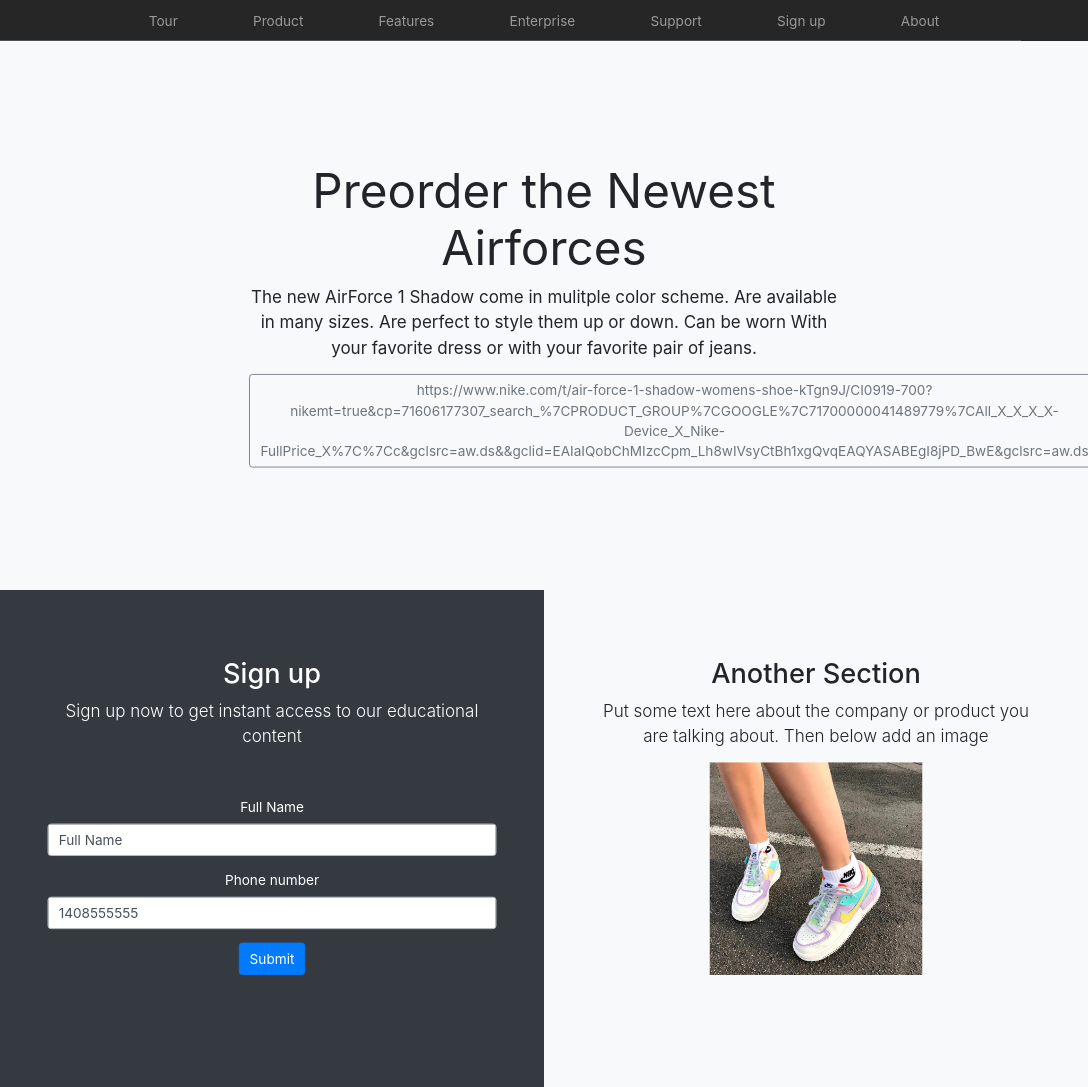
Repository: ksanc097/karlasanchezlagunas-website
Page: LearnCS8-Twilio/index.html
The author's editor kept a record of every edit. The page is drawn from the files as they stood at one moment, then again after the next edit.
The browser window is 1280 px wide. The pictures show the whole page, at 85% of full size.

Above is the page before.

### LearnCS8-Twilio/index.html
<!doctype html>
<html lang="en">
  <head>
    <!-- Required meta tags -->
    <meta charset="utf-8">
    <meta name="viewport" content="width=device-width, initial-scale=1, shrink-to-fit=no">
    <meta name="description" content="This website gets you the ability to get your AirForce for a good price">
    <meta name="Karla Sanchez Lagunas" content="862246744">

    <!-- Bootstrap CSS -->
    <link rel="stylesheet" href="https://stackpath.bootstrapcdn.com/bootstrap/4.5.2/css/bootstrap.min.css" integrity="sha384-JcKb8q3iqJ61gNV9KGb8thSsNjpSL0n8PARn9HuZOnIxN0hoP+VmmDGMN5t9UJ0Z" crossorigin="anonymous">

    <!-- Title of your Website -->
    <title>"AirForce"</title>
    <link href="product.css" rel="stylesheet">
  </head>
  <body>
    <nav class="site-header sticky-top py-1">
    <!-- Top Menu Bar -->
    <div class="container d-flex flex-column flex-md-row justify-content-between">
        <a class="py-2 d-none d-md-inline-block" id="menu-item-1" href="https://www.google.com/">Tour</a>
        <a class="py-2 d-none d-md-inline-block" id="menu-item-2" href="#">Product</a>
        <a class="py-2 d-none d-md-inline-block" id="menu-item-3" href="#">Features</a>
        <a class="py-2 d-none d-md-inline-block" id="menu-item-4" href="#">Enterprise</a>
        <a class="py-2 d-none d-md-inline-block" id="menu-item-5" href="#">Support</a>
        <a class="py-2 d-none d-md-inline-block" id="menu-item-6" href="#">Sign up</a>
        <a class="py-2 d-none d-md-inline-block" id="menu-item-7" href="#">About</a>
    </div>
</nav>
<!-- Main Header Section h1-->
<div class="position-relative overflow-hidden p-3 p-md-5 m-md-0 text-center bg-light">
    <div class="col-md-8 p-lg-5 mx-auto my-5">
        <h1 class="display-4 font-weight-normal">Preorder the Newest Airforces</h1>
        <p class="lead font-weight-normal">The new AirForce 1 Shadow come in mulitple color scheme. Are available in many sizes. Are perfect to style them up or down. Can be worn With your favorite dress or with your favorite pair of jeans.  </p>
        <a class="btn btn-outline-secondary" href="#">https://www.nike.com/t/air-force-1-shadow-womens-shoe-kTgn9J/CI0919-700?nikemt=true&cp=71606177307_search_%7CPRODUCT_GROUP%7CGOOGLE%7C71700000041489779%7CAll_X_X_X_X-Device_X_Nike-FullPrice_X%7C%7Cc&gclsrc=aw.ds&&gclid=EAIaIQobChMIzcCpm_Lh8wIVsyCtBh1xgQvqEAQYASABEgI8jPD_BwE&gclsrc=aw.ds</a>
    </div>
</div>
<!-- Left Tile -->
<div class="d-md-flex flex-md-equal w-100">
    <div class="bg-dark pt-3 px-3 pt-md-5 px-md-5 text-center text-white overflow-hidden">
        <div class="my-3 py-3">
            <h2 class="display-5">Sign up</h2>
            <p class="lead">Sign up now to get instant access to our educational content</p>
        </div>
        <!-- Web form when submitted will send a text message -->
        <form class="p-2" onsubmit="sendTextMessage(); return false;">
            <!-- Full Name Form Field -->
            <div class="form-group">
                <label for="example-first-name">Full Name</label>
                <input type="text" value="Full Name" class="form-control" id="example-first-name" aria-describedby="emailHelp">
            </div>
            <!-- Phone Number Form Field -->
            <div class="form-group">
                <label for="example-tel-input">Phone number</label>
                <input type="tel" class="form-control" value="1408555555" id="example-tel-input">
            </div>
            <!-- JavaScript that handles onSubmit logic -->
            <!-- Configure the XHR request below with your own credentials -->
            <script>
            function sendTextMessage() {
                console.log("Hello world!");
                var xhr = new XMLHttpRequest();
                var accountSID = "ACf02366e8de2cfa7d6f146c0b72061e7c";
                var authToken = "7e8d5ef582b7e9d9676bc9e4a645c376";
                var base64encoded = accountSID + ":" + authToken;
                var params = "To=" + document.getElementById('example-tel-input').value + "&From=" + "8456225713" + "&Body=" + "Hello " + document.getElementById('example-first-name').value + " The best shoes"
                xhr.open("POST", "https://api.twilio.com/2010-04-01/Accounts/" + accountSID + "/Messages.json", true);
                xhr.setRequestHeader('Content-Type', 'application/x-www-form-urlencoded');
                xhr.setRequestHeader('Authorization', 'Basic ' + btoa(base64encoded));
                xhr.send(params);
            }
            </script>
            <!-- Submit button that will execute the sendTextMessage function -->
            <button type="submit" class="btn btn-primary">Submit</button>
        </form>
    </div>
    <!-- Right Tile -->
    <div class="bg-light pt-3 px-3 pt-md-5 px-md-5 text-center overflow-hidden">
        <div class="my-3 p-3">
            <h2 class="display-5">Another Section</h2>
            <p class="lead">Put some text here about the company or product you are talking about. Then below add an image</p>
            <img class="mx-auto" src="nikeshadow.jpg" height="250px">
        </div>
        <div class="mx-auto" style="width: 80%; height: 100px; border-radius: 21px 21px 0 0;"></div>
    </div>
</div>
  </body>
</html>

### LearnCS8-Twilio/product.css
.container {
  max-width: 960px;
}

/*
 * Custom translucent site header
 */

.site-header {
  background-color: rgba(0, 0, 0, .85);
  -webkit-backdrop-filter: saturate(180%) blur(20px);
  backdrop-filter: saturate(180%) blur(20px);
}
.site-header a {
  color: #999;
  transition: ease-in-out color .15s;
}
.site-header a:hover {
  color: #fff;
  text-decoration: none;
}

/*
 * Dummy devices (replace them with your own or something else entirely!)
 */

.product-device {
  position: absolute;
  right: 10%;
  bottom: -30%;
  width: 300px;
  height: 540px;
  background-color: #333;
  border-radius: 21px;
  -webkit-transform: rotate(30deg);
  transform: rotate(30deg);
}

.product-device::before {
  position: absolute;
  top: 10%;
  right: 10px;
  bottom: 10%;
  left: 10px;
  content: "";
  background-color: rgba(255, 255, 255, .1);
  border-radius: 5px;
}

.product-device-2 {
  top: -25%;
  right: auto;
  bottom: 0;
  left: 5%;
  background-color: #e5e5e5;
}


/*
 * Extra utilities
 */

.flex-equal > * {
  -ms-flex: 1;
  flex: 1;
}
@media (min-width: 768px) {
  .flex-md-equal > * {
    -ms-flex: 1;
    flex: 1;
  }
}

.overflow-hidden { overflow: hidden; }

After the next edit:
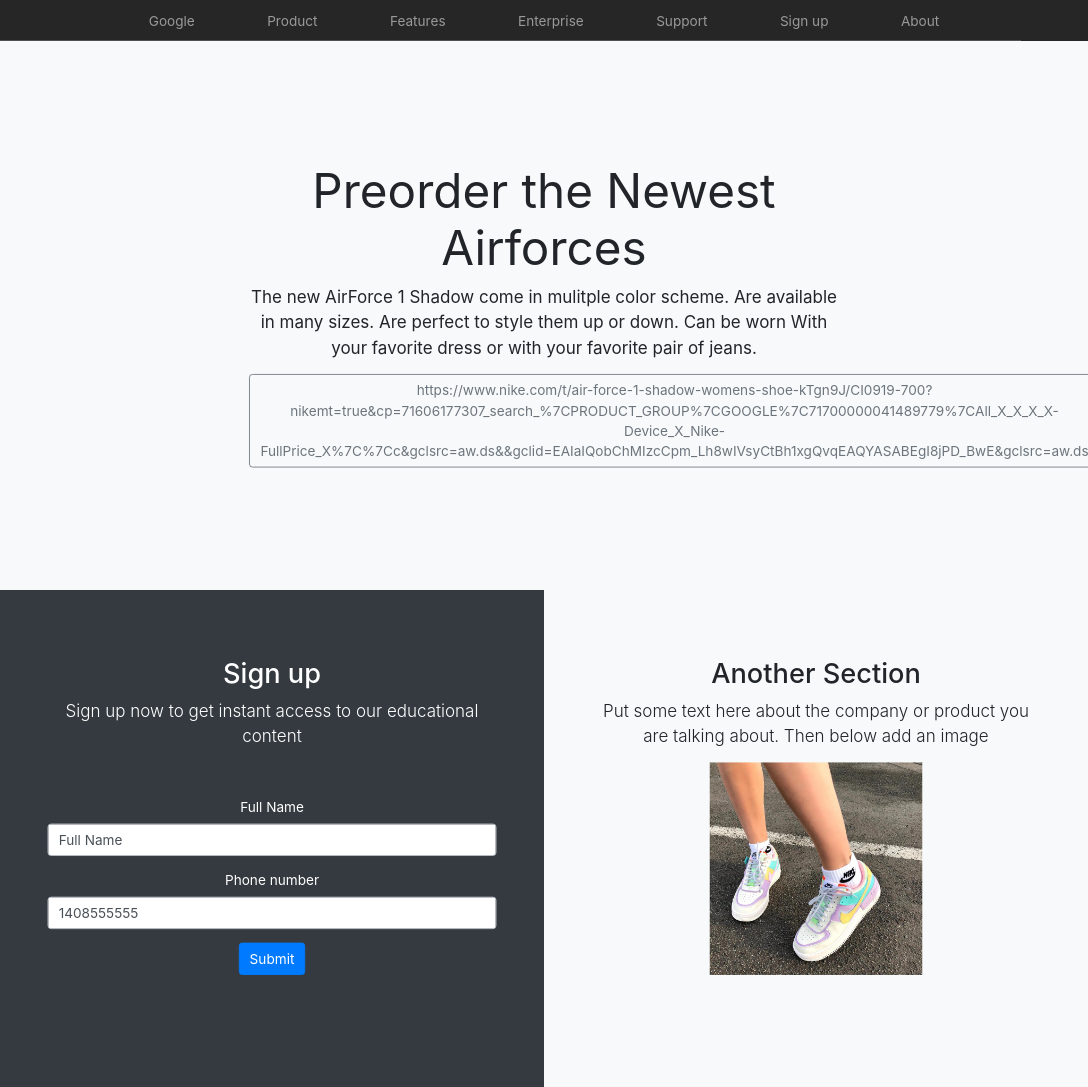
The edit:
--- a/LearnCS8-Twilio/index.html
+++ b/LearnCS8-Twilio/index.html
@@ -18,13 +18,13 @@
     <nav class="site-header sticky-top py-1">
     <!-- Top Menu Bar -->
     <div class="container d-flex flex-column flex-md-row justify-content-between">
-        <a class="py-2 d-none d-md-inline-block" id="menu-item-1" href="https://www.google.com/">Tour</a>
-        <a class="py-2 d-none d-md-inline-block" id="menu-item-2" href="#">Product</a>
-        <a class="py-2 d-none d-md-inline-block" id="menu-item-3" href="#">Features</a>
-        <a class="py-2 d-none d-md-inline-block" id="menu-item-4" href="#">Enterprise</a>
-        <a class="py-2 d-none d-md-inline-block" id="menu-item-5" href="#">Support</a>
-        <a class="py-2 d-none d-md-inline-block" id="menu-item-6" href="#">Sign up</a>
-        <a class="py-2 d-none d-md-inline-block" id="menu-item-7" href="#">About</a>
+        <a class="py-2 d-none d-md-inline-block" id="menu-item-1" href="https://www.google.com/" target="blank">Google</a>
+        <a class="py-2 d-none d-md-inline-block" id="menu-item-2" href="https://www.nike.com/" target="blank">Product</a>
+        <a class="py-2 d-none d-md-inline-block" id="menu-item-3" href="https://www.shoepalace.com/" target="blank">Features</a>
+        <a class="py-2 d-none d-md-inline-block" id="menu-item-4" href="#" target="blank">Enterprise</a>
+        <a class="py-2 d-none d-md-inline-block" id="menu-item-5" href="#" target="blank">Support</a>
+        <a class="py-2 d-none d-md-inline-block" id="menu-item-6" href="#" target="blank">Sign up</a>
+        <a class="py-2 d-none d-md-inline-block" id="menu-item-7" href="#" target="blank">About</a>
     </div>
 </nav>
 <!-- Main Header Section h1-->
